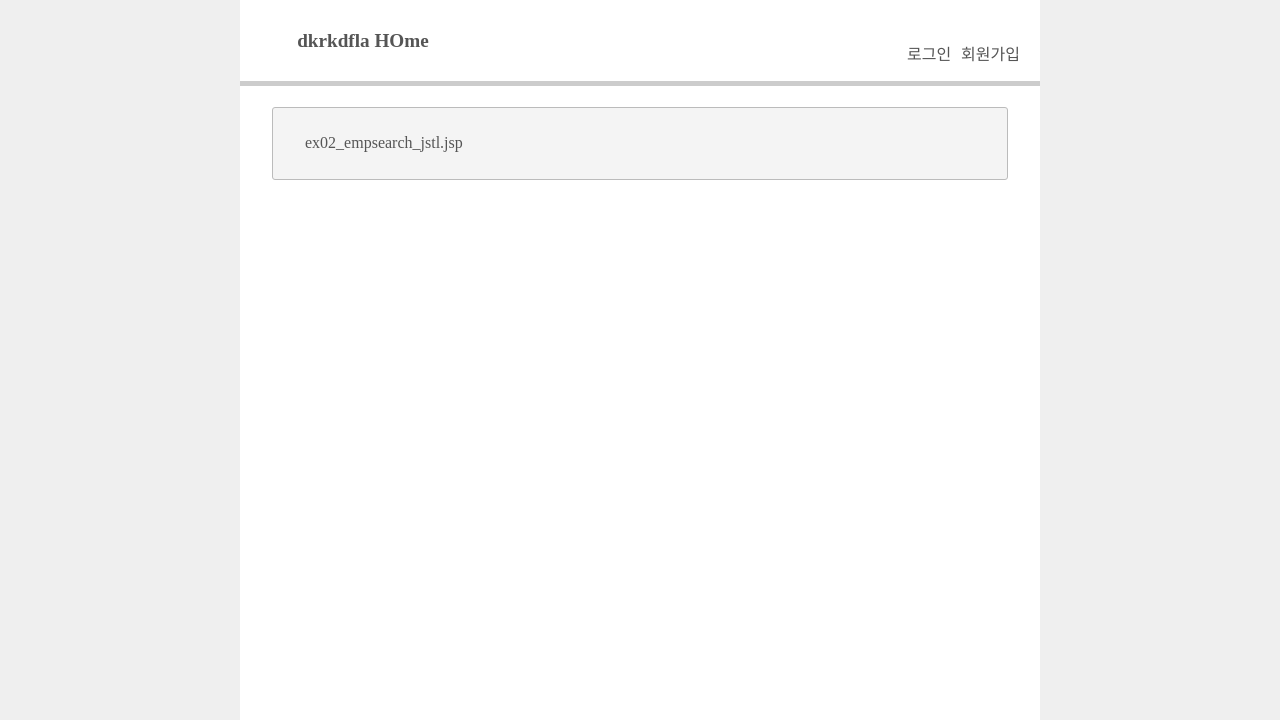
Repository: Dusajang/JSPClass
Page: http://localhost/jspPro/days04/ex02_empsearch_jstl.jsp
The author's editor kept a copy of each file at every save. The page is drawn from the files as they stood at one save, then again after the next save.
The browser window is 1280 px wide. The pictures show the whole page.
Some web fonts or font styles are not loaded; a fallback is used. The page is served by Tomcat 9.

Above is the page before, as saved 2024-10-18 03:42:09.

After the next save:
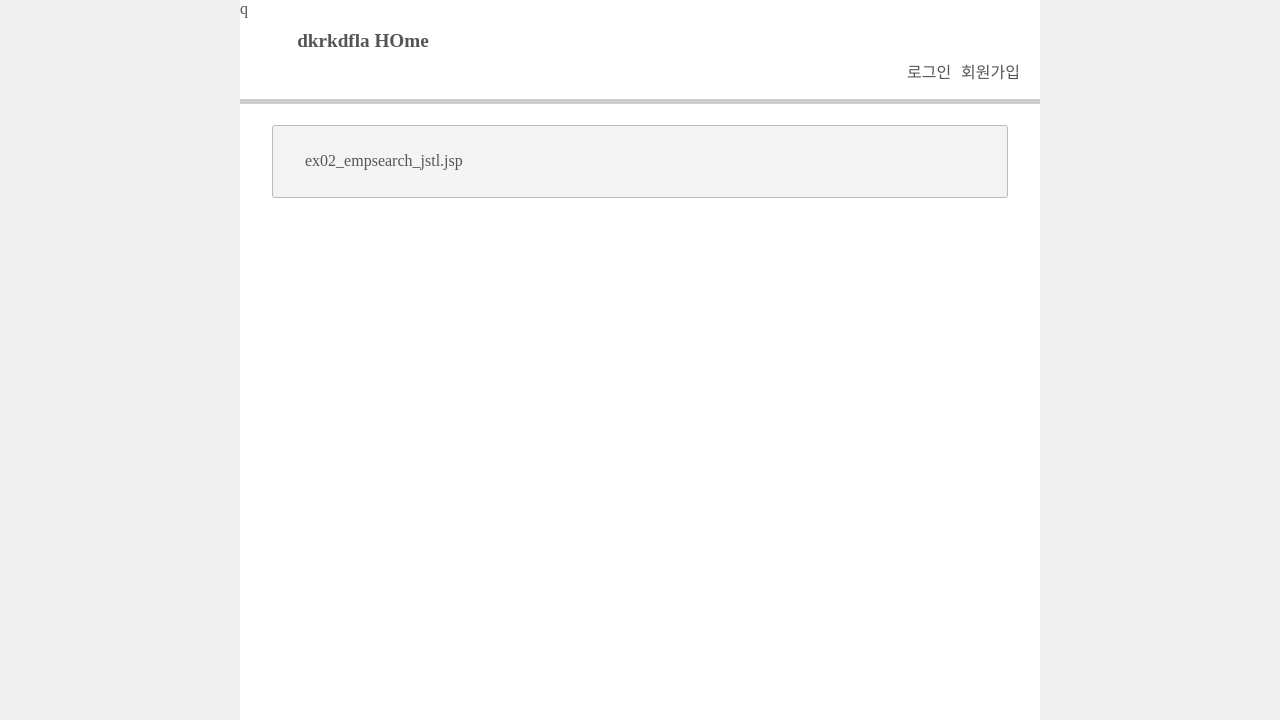
Saved 70 min 49 s later.
--- a/jspPro/src/main/webapp/days04/ex02_empsearch_jstl.jsp
+++ b/jspPro/src/main/webapp/days04/ex02_empsearch_jstl.jsp
@@ -1,5 +1,5 @@
 <%@ page contentType="text/html; charset=UTF-8" pageEncoding="UTF-8"%>
-<%@ taglib prefix="c" uri="http://java.sun.com/jsp/jstl/core" %>
+q
 <!DOCTYPE html>
 <html>
 <head>
